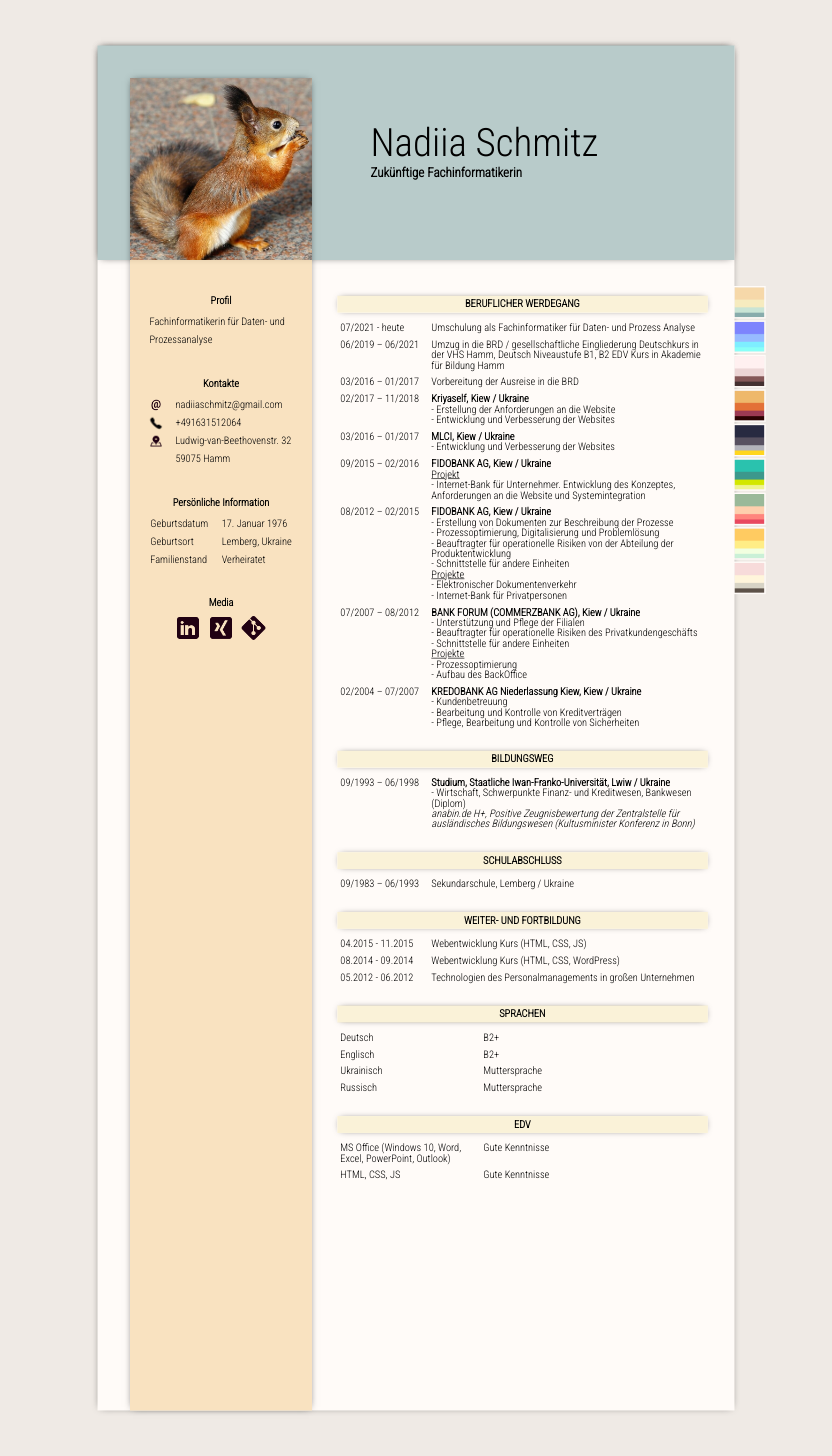
Repository: NadiaSchmitz/lebenslauf.nschmitz.githab.io
Page: index.html
The author's editor kept a record of every edit. The page is drawn from the files as they stood at one moment, then again after the next edit.
The browser window is 1280 px wide. The pictures show the whole page, at 65% of full size.

Above is the page before.

After the next edit:
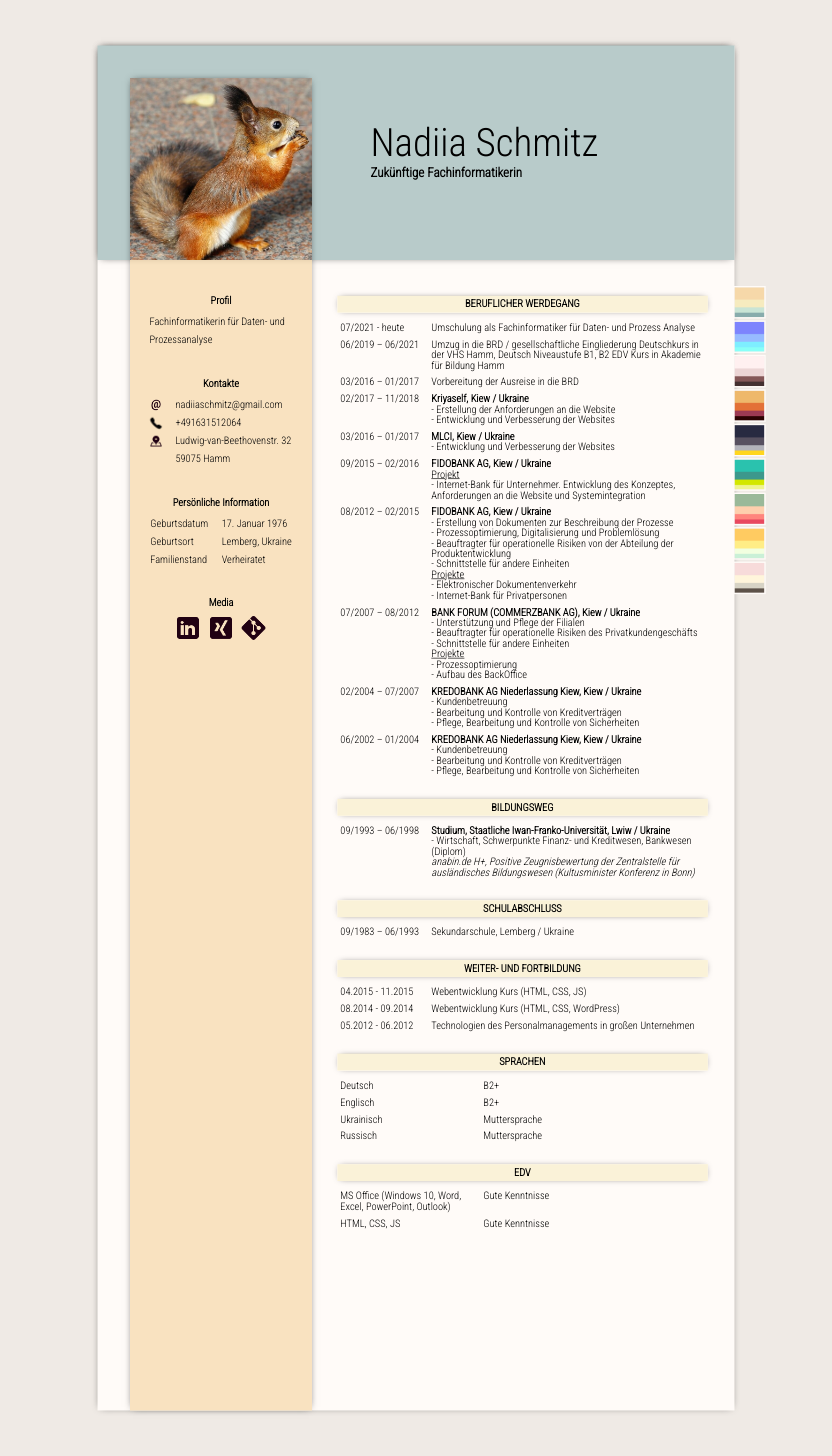
The edit:
--- a/index.html
+++ b/index.html
@@ -188,6 +188,17 @@
                       </ul>
                     </td>
                   </tr>
+                  <tr>
+                    <td>06/2002 – 01/2004</td>
+                    <td>
+                      <span class="employer">KREDOBANK AG Niederlassung Kiew, Kiew / Ukraine</span>
+                      <ul>
+                        <li>-	Kundenbetreuung</li>
+                        <li>-	Bearbeitung und Kontrolle von Kreditverträgen</li>
+                        <li>-	Pflege, Bearbeitung und Kontrolle von Sicherheiten</li>
+                      </ul>
+                    </td>
+                  </tr>
                 </table>
               </div>
               <div class="sidebar_right_content_item">
